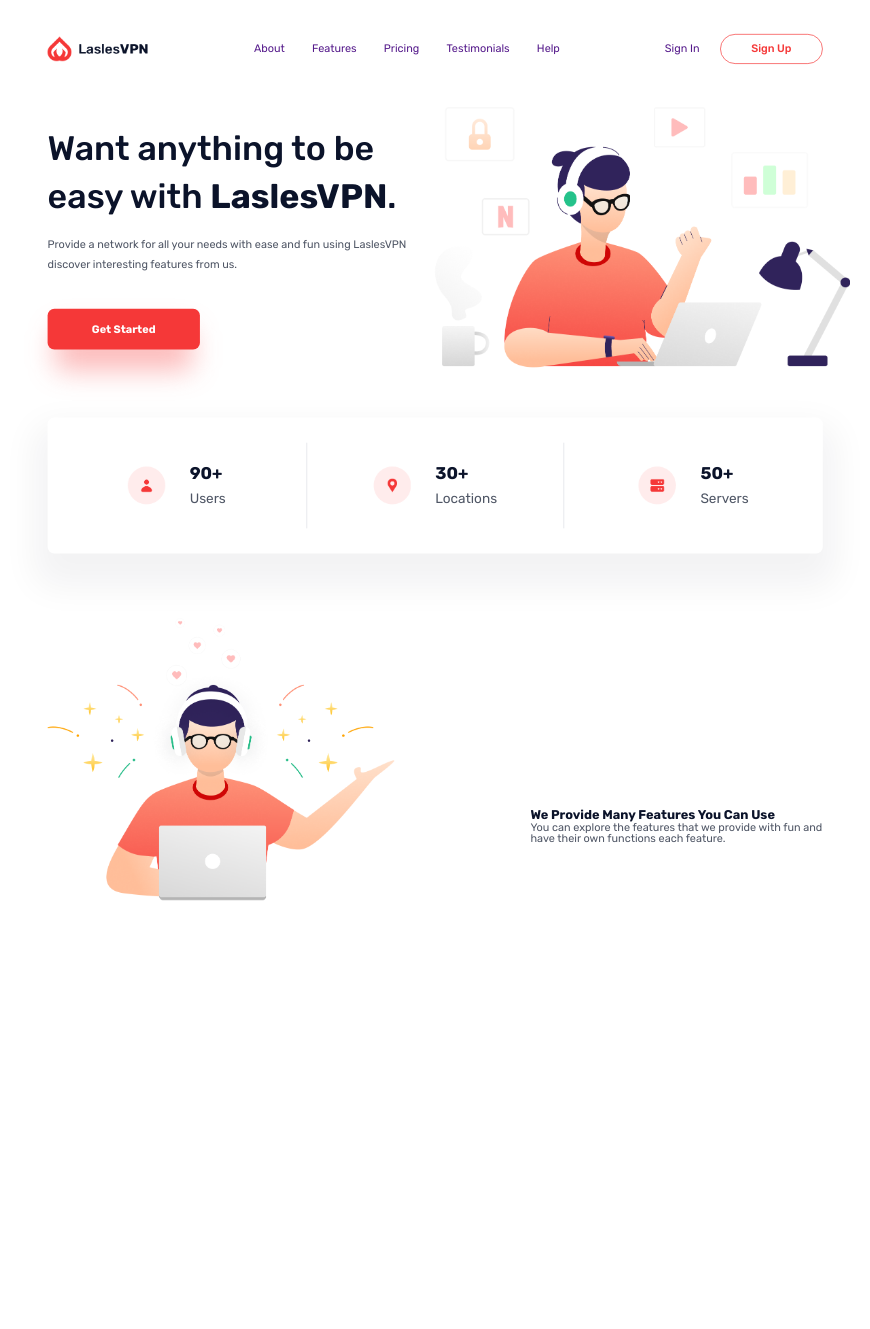
Repository: dangpham205/LaslesVPN-Landing-Page
Page: index.html
These files come from the project's save history. The page is drawn as it stood at one moment and after the next save; the edit follows.
The browser window is 1280 px wide. The pictures show the whole page, at 68% of full size.

Above is the page before, as saved 2022-07-19 21:15:29.

After the next save:
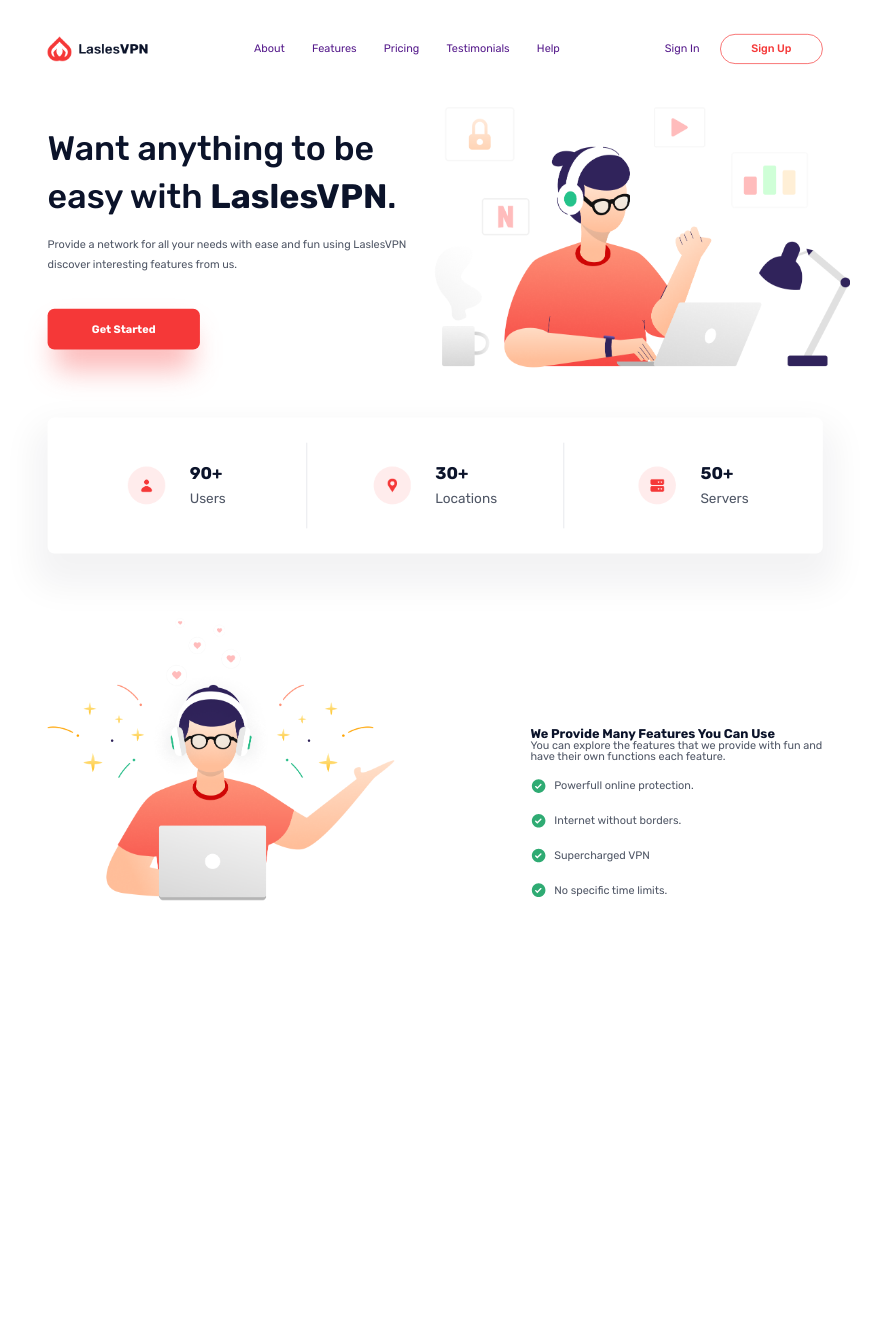
Saved 65 s later.
--- a/index.html
+++ b/index.html
@@ -112,20 +112,20 @@
                             </p>
                             <ul class="feature__list">
                                 <li class="feature__item">
-                                    <img src="" alt="" class="feature__item-icon">
-                                    <span class="feature__item-text"></span>
+                                    <img src="./assets/img/ic-check.svg" alt="" class="feature__item-icon">
+                                    <span class="feature__item-text">Powerfull online protection.</span>
                                 </li>
                                 <li class="feature__item">
-                                    <img src="" alt="" class="feature__item-icon">
-                                    <span class="feature__item-text"></span>
+                                    <img src="./assets/img/ic-check.svg" alt="" class="feature__item-icon">
+                                    <span class="feature__item-text">Internet without borders.</span>
                                 </li>
                                 <li class="feature__item">
-                                    <img src="" alt="" class="feature__item-icon">
-                                    <span class="feature__item-text"></span>
+                                    <img src="./assets/img/ic-check.svg" alt="" class="feature__item-icon">
+                                    <span class="feature__item-text">Supercharged VPN</span>
                                 </li>
                                 <li class="feature__item">
-                                    <img src="" alt="" class="feature__item-icon">
-                                    <span class="feature__item-text"></span>
+                                    <img src="./assets/img/ic-check.svg" alt="" class="feature__item-icon">
+                                    <span class="feature__item-text">No specific time limits.</span>
                                 </li>
                             </ul>
                         </div>
